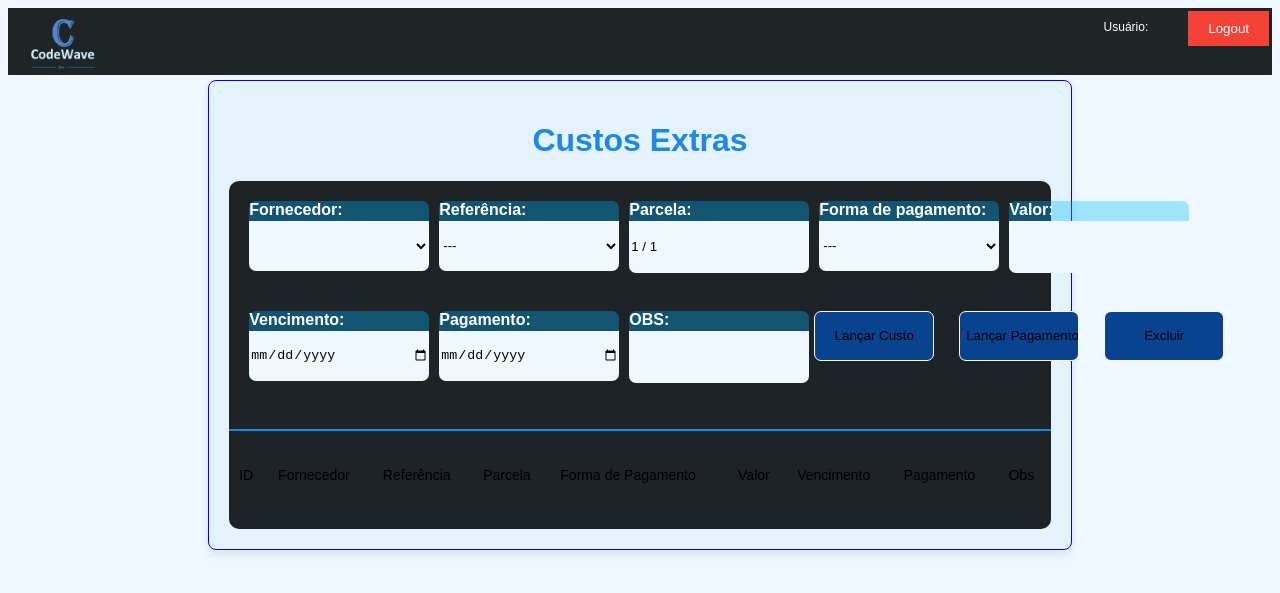
Repository: Romario-Brandao/CodeWave
Page: myproject/loja/templates/outras_despesas.html
An editor plug-in stored every save of this project. The page is shown before and after the next save, followed by the edit.
The browser window is 1280 px wide. The pictures show the whole page.
The template is drawn by Django 5.2. The application's start-up code is not run. Other server files are loaded and not shown. The template is opened directly, without the code that normally fills it, so the values that code supplies are empty.

Above is the page before, as saved 2025-03-01 01:33:39.

### myproject/loja/templates/outras_despesas.html
{% extends 'base.html' %} {% load static %} {% block body %}

<div class="form_fornecedor" style="width: 65%;">
  <h1>Custos Extras</h1>
  <div class="div_pai_custos_extras">
    <div style="display: flex;">
      <div class="caixas_barra_pesquisa_total">
        <h4 class="nome_caixa_item_parcelas">Fornecedor:</h4>
        <select name="fornecedor" class="caixa4">
          <option value=""></option>
          {% for item in fornecedores %}
          <option value="{{item.id}}">{{item.nome}}</option>
          {% endfor %}
        </select>
      </div>
      <div class="caixas_barra_pesquisa_total">
        <h4 class="nome_caixa_item_parcelas">Referência:</h4>
        <select name="forma_pg" class="caixa4" required>
          <option value="">---</option>
        <option value="AGUA">Água</option>
        <option value="CONTADOR">Contador</option>
        <option value="ENERGIA">Energia</option>
        <option value="INTERNET">Internet</option>
        <option value="SISTEMA ERP">Sistema ERP</option>
        <!-- <option value="ENERGIA"></option> -->
        </select>
      </div>
      <div class="caixas_barra_pesquisa_total">
        <h4 class="nome_caixa_item_parcelas">Parcela:</h4>
        <input type="text" name="parcela" class="caixa2_parcelas" value="1 / 1">
      </div>
      <div class="caixas_barra_pesquisa_total">
        <h4 class="nome_caixa_item_parcelas">Forma de pagamento:</h4>
        <select name="forma_pg" class="caixa4" required>
          <option value="">---</option>
          <option value="BOLETO">Boleto</option>
          <option value="C.CREDITO">C.Crédito</option>
          <option value="C.DEBITO">C.Débito</option>
          <option value="DINHEIRO">Dinheiro</option>
          <option value="PIX / TRANSFERENCIA">PIX / Transferência</option>
        </select>
      </div>
      <div class="caixas_barra_pesquisa_total">
        <h4 class="nome_caixa_item_parcelas">Valor:</h4>
        <input class="caixa2_parcelas" required name="valor" type="text" value="{{ valor_parcela }}" oninput="this.value=this.value.replace(/[^0-9,]/g, '').replace(/(,.*?)(,.*)/, '$1').replace(/(\d+),(\d{2})(\d.*)/, '$1,$2')">
      </div>
    </div>
    <div style="display: flex;">
      <div class="caixas_barra_pesquisa_total">
        <h4 class="nome_caixa_item_parcelas">Vencimento:</h4>
        <input class="caixa2_parcelas widht_data" required name="vencimento" type="date">
      </div>
      <div class="caixas_barra_pesquisa_total">
        <h4 class="nome_caixa_item_parcelas">Pagamento:</h4>
        <input class="caixa2_parcelas widht_data" name="pagamento" type="date"
        name="vencimento">
      </div>
      <div class="caixas_barra_pesquisa_total">
        <h4 class="nome_caixa_item_parcelas">OBS:</h4>
        <input class="caixa2_parcelas" type="text" name="obs"
        name="obs">
      </div>
      <div style="margin: 0 10px 0 20px;">
        <input class="butao_servico" type="submit" name="acao" value="Lançar Custo">
      </div>
      <div style="margin: 0 10px 0 20px;">
        <input class="butao_servico" type="submit" name="acao" value="Lançar Pagamento">
      </div>
      <div style="margin: 0 10px 0 20px;">
        <input class="butao_servico" type="submit" name="acao" value="Excluir">
      </div>
    </div>
    <hr>
    <br>
    <table>
      <tbody>
        <tr>
          <td>ID</td>
          <td>Fornecedor</td>
          <td>Referência</td>
          <td>Parcela</td>
          <td>Forma de Pagamento</td>
          <td>Valor</td>
          <td>Vencimento</td>
          <td>Pagamento</td>
          <td>Obs</td>
        </tr>
      </tbody>
    </table>
    <br><br>
  </div>
</div>


{% endblock %}

### myproject/loja/templates/base.html
{% load static %}
<!DOCTYPE html>
<html lang="pt-br">
  <head>
    <meta charset="UTF-8" />
    <meta name="viewport" content="width=device-width, initial-scale=1.0" />
    <title>"NOME DA EMPRESA"</title>
    <link rel="stylesheet" type="text/css" href="{% static 'css/main.css' %}" />
    <link rel="preconnect" href="https://fonts.googleapis.com" />
    <link rel="preconnect" href="https://fonts.gstatic.com" crossorigin />

    <link
      href="https://fonts.googleapis.com/css2?family=Inter:wght@400;700&display=swap"
      rel="stylesheet"
    />
  </head>
  <body>
    <div class="espaco_logo">
      <a class="imagem_logo" href="{% url 'menu' %}">
        <img src="{% static 'imagens/logo.jpeg' %}" alt="Logo" width="70px" />

        <!-- <img src="static/imagens/logo.jpeg" alt="Logo" width="70px" /> -->
      </a>
      <p class="nome_do_usuario">Usuário: {{ nome_usuario }}</p>
      <form method="POST" action="{% url 'logout' %}">
        {% csrf_token %}
        <button class="btn-logout" type="submit">Logout</button>
      </form>
    </div>

    {% block body %} {% endblock %}
  </body>
  <script>
    function applyPhoneMask(input) {
        // Remove tudo que não é número
        let value = input.value.replace(/\D/g, '');

        // Aplica a máscara (00) 0 0000-0000
        value = value.replace(/^(\d{2})(\d)/, '($1) $2');    // Coloca os parênteses e espaço
        value = value.replace(/(\d{1})(\d{4})(\d{4})$/, '$1 $2-$3'); // Coloca o espaço e traço

        // Atualiza o valor do campo
        input.value = value;
    }
  </script>
  <script>
    let isSubmitting = false;

    function preventMultipleSubmissions(form) {
      if (isSubmitting) {
        alert("O formulário já está sendo enviado. Aguarde...");
        return false;
      }
      isSubmitting = true;
      return true;
    }
  </script>
</html>

### myproject/static/css/main.css
.body_caixa {
  background-color: #09428e;
  background-color: rgba(1, 5, 8, 0.871);
  width: 1450px;
  height: 100%;
  margin: 50px 0 0 60px;
}

.caixa,
.sub_valor,
.forma_pg_valor {
  background-color: rgb(255, 255, 255);
}

.nome_caixa_item,
.nome_caixa_pg,
.titulos_lista_produtos,
.sub,
.forma_pg {
  color: rgb(255, 255, 255);
  background-color: rgba(0, 183, 255, 0.336);
}

/*  */
.cabecalho {
  background-color: blue;
  color: white;
  /* Adicione esta linha se quiser que o texto dentro do cabeçalho fique branco */
  padding: 2px;
  /* Adicione algum preenchimento para melhorar a aparência */
  display: flex;
}

.ferramentas {
  height: 83px;
  width: 200px;
  margin: 0 0 0 400px;
}

/*  */

.barra_pesquisa {
  display: flex;
  padding: 0 0 0 -10px;
}

/*  */
/*  */

.item_ferramenta {
  margin: 10px 0 0 0;
  background-color: blue;
  border-radius: 3px;
  text-align: center;
  height: 50px;
  width: 100px;
  border-radius: 7px;
  border: 1px solid black;
  color: aliceblue;
}

/*  */

.caixa_item {
  margin: 0 0 0 20px;
}

.caixa_item_compra {
  margin: 0 0 0 40px;
}

.caixa_item1 {
  margin: 0 0 0 0;
}

.sub_pg {
  display: flex;
}

.nome_caixa_item {
  border-radius: 7px 7px 0 0;
  height: 20px;
  width: 250px;
  margin: 0;
}

.caixa1 {
  border: 0;
  width: 250px;
  height: 50px;
  border-radius: 0 0 7px 7px;
  background-color: aliceblue;
  margin-top: 0;
}



.caixa_data {
  border: 0;
  width: 249px;
  height: 50px;
  border-radius: 0 0 7px 7px;
  background-color: aliceblue;
  margin-top: 0;
}

.caixa2 {
  border: 0;
  width: 246px;
  height: 50px;
  border-radius: 0 0 7px 7px;
  background-color: aliceblue;
  margin-top: 0;
}

.tamanho_cod_produto {
  width: 126px;
  height: 49px;
  margin: 0 20px 0 0;
}

.tamanho_cod_produto2 {
  width: 130px;
  margin: 0 20px 0 0;
}

.tamanho_cod_produto3 {
  margin: 0 -70px 0 80px;
}

.caixas_barra_pesquisa {
  width: 200px;
  height: 100px;
  margin: 0 0 10px 75px;
  border: 0;
}

.caixas_barra_pesquisa2 {
  width: 200px;
  height: 100px;
  margin: 0 0 10px 40px;
  border: 0;
}

.caixas_barra_pesquisa_excuir {
  width: 215px;
  height: 100px;
  margin: 0 60px 0 10px;
  border: 0;
}

.espacamento_caixa_excluir_compra {
  margin-left: 430px;
}

.caixa_botoes {
  margin: 0 0 0 70px;
}

.botao_caixa {
  width: 70px;
  height: 50px;
  border: 1px solid blue;
  margin: 0 0 0 10px;
  background-color: rgb(25, 0, 255);
  border-radius: 7px;
  color: #ffffff;
}

/*  */

.tela_principal {
  display: flex;
}

/*  */

.caixa_item_2 {
  margin: 0 10px 20px 0;
}

.caixa_item_3 {
  margin: 0 0 20px 70px;
}

.excluir_item {
  margin: 20px 0 0 7px;
}

.excluir_item {
  margin: 20px 0 0 70px;
}

.titulos_lista_produtos {
  background-color: rgba(0, 17, 255, 0.596);
  /* text-align: justify; */
  text-align: center;
  height: 20px;
  width: 100%;
  margin: 0;
  border-radius: 5px 5px 0 0;
}

.resumo_caixa {
  border-radius: 7px;
  margin: 0 0 0 5px;
  width: 990px;
  height: 343px;
  background-color: rgb(255, 255, 255);
  overflow-y: auto;
}

.resumo_caixa2 {
  margin: 0 0 0 -780px;
}

.resumo_caixa3 {
  border-radius: 7px;
  margin: 0 0 0 5px;
  width: 830px;
  height: 343px;
  background-color: rgb(255, 255, 255);
  overflow-y: auto;
}

.div_excluir_servico {
  display: flex;
  margin: 0 0 0 600px;
}

.sub {
  width: 290px;
  margin: 21px 10px 0 620px;
  border-radius: 7px 7px 0 0;
}

.sub_valor {
  width: 290px;
  height: 49px;
  margin: 0 10px 0 620px;
  border-radius: 0 0 7px 7px;
}

.forma_pg {
  width: 290px;
  margin: 21px 10px 0 10px;
  border-radius: 7px 7px 0 0;
}

.forma_pg_valor {
  width: 290px;
  height: 49px;
  margin: 0 80px 0 10px;
  border-radius: 0 0 7px 7px;
}

.butao_excluir_servico {
  width: 120px;
  height: 50px;
  border-radius: 7px;
  background-color: #8e091b;
  border: 1px solid white;
}

.butao_excluir_servico:hover {
  background-color: #be0b0bd2;
  border: none;
  color: white;
  cursor: pointer;
}

.finalizar_compra {
  margin: 0 0 0 10px;
}

.butao_excluir_servico1 {
  margin: 0 0 0 20px;
}

.butao_servico {
  width: 120px;
  height: 50px;
  border-radius: 7px;
  background-color: #09428e;
  border: 1px solid white;
}

.butao_servico:hover {
  background-color: #0b59be;
  border: none;
  color: white;
  cursor: pointer;
}

.botao_cadastrar_produtos,
.botao_laterar_produtos {
  display: flex;
}

.botao_adicionar {
  margin: 20px 0 0 20px;
  height: 35px;
}

.titulo_cadastro {
  display: flex;
}

tbody th {
  font-weight: normal;
  /* Remove o negrito */
  font-family: Arial, sans-serif;
  /* Altere para a fonte desejada */
  font-size: 14px;
}

.cabec_rel_prod {
  /* font-weight: normal; */
  /* Remove o negrito */
  font-family: Arial, sans-serif;
  /* Altere para a fonte desejada */
  font-size: 13px;
}

.font_rel_est {
  font-weight: normal;
  /* Caso existam células <td>, remova o negrito também */
  font-family: Arial, sans-serif;
  /* Altere para a fonte desejada */
  font-size: 11px;
}

tbody td {
  font-weight: normal;
  /* Caso existam células <td>, remova o negrito também */
  font-family: Arial, sans-serif;
  /* Altere para a fonte desejada */
  font-size: 14px;
}

table {
  width: 100%;
  border-collapse: collapse;
}

th,
td {
  /* border: 1px solid black;
  padding: 8px; */
  text-align: left;
}

tr:nth-child(even) {
  background-color: #add8e6;
  /* Cor azul claro */
}

.bloco_filtro {
  margin: 0 50px 20px 10px;
  border-left: 1px solid rgb(248, 3, 3);
}

.itens_bloco_filtro {
  margin: 0 0 0 10px;
}

.bloco_cad_prod,
.bloco_alt_prod {
  border: 1px solid blue;
  height: 400px;
  width: 500px;
  padding: 20px;
  margin: 0 20px 0 0;
  border-radius: 7px;
}

.tabela {
  margin-bottom: 0;
}

body {
  font-family: Arial, sans-serif;
  background-color: #f0f8ff;
}

.form_fornecedor {
  width: 50%;
  margin: auto;
  border: 1px solid blue;
  background-color: #e3f2fd;
  border-radius: 8px;
  padding: 20px;
  box-shadow: 0px 4px 8px rgba(0, 0, 0, 0.1);
}

h1 {
  text-align: center;
  color: #1e88e5;
}

hr {
  border: 1px solid #1e88e5;
}

.table_fornecedor {
  width: 100%;
  margin-bottom: 20px;
  border-spacing: 10px;
  /* Espaço entre células */
}

td {
  padding: 10px;
}

.label_for {
  font-weight: bold;
  color: #1565c0;
}

.input_cad_cli_for {
  width: 500px;
  padding: 10px;
  border: 1px solid #64b5f6;
  border-radius: 4px;
  background-color: #ffffff;
  font-size: 14px;
}

.input_cad_cli_for_select {
  width: 523px;
}

textarea.input_cad_cli_for {
  resize: none;
}

.input_cad_cli_for:focus {
  border-color: #1e88e5;
  outline: none;
}

.btn_submit_for {
  background-color: #1e88e5;
  color: white;
  padding: 10px 20px;
  border: none;
  border-radius: 4px;
  cursor: pointer;
  display: block;
  margin: 20px auto;
}

.btn_submit_for:hover {
  background-color: #1565c0;
}

.quant_vend_ult_d {
  border: 0;
  font-weight: bold;
  font-size: 12px;
  background-color: None;
}

.finalizar_excluir_item_compra {
  margin: -30px 0 0 585px;
}

.espaco_logo {
  display: flex;
  background-color: rgba(1, 5, 8, 0.871);
  width: 100%;
  margin: 0 0 5px 0;
}

.imagem_logo {
  margin: 0 0 0 20px;
}

.nome_do_usuario {
  /* align-items: end; */
  color: #ffffff;
  margin-left: auto;
  padding: 0 40px 0 0;
  font-size: 12px;
}

.menu {
  border: 1px solid black;
  border-radius: 7px;
  align-items: baseline;
  height: 560px;
  width: 400px;
  margin: 60px 0 0 200px;
  padding: 20px 10px 0 20px;
  background-color: rgba(1, 5, 8, 0.871);

}

.menu2 {
  max-height: 480px;
  /* Define a altura máxima para a div menu2 */
  overflow-y: auto;
  /* Ativa a barra de rolagem vertical apenas para menu2 */
  scrollbar-width: none;
  /* Remove a barra visível no Firefox */
  -ms-overflow-style: none;
  /* Remove a barra no IE e Edge */
}

.menu2::-webkit-scrollbar {
  display: none;
  /* Remove a barra de rolagem nos navegadores WebKit */
}

.link_menu {
  text-decoration: none;
  color: #ffffff;
  display: inline-block;
  /* Permite que o background preencha o espaço */
  transition: background-color 0.2s;
  /* Suaviza a transição de cor */
  width: 100%;
  height: 30px;
  /* padding: 1px 0 0 2px; */
}

.link_menu:hover,
a:active,
a:focus {
  text-decoration: none;
  /* Mantém o sublinhado removido mesmo ao passar o mouse ou focar */
  color: inherit;
  /* Mantém a cor ao passar o mouse ou focar */
}

.link_menu:hover {
  background-color: #ffffff;
  /* Define a cor de fundo ao passar o mouse */
  border-radius: 5px;
}

.resumo_contas_pag_rec {
  border-right: 1px solid red;
  margin: 0 10px 0 0;
  padding: 0 10px 0 0;
}

.btn-logout {
  background-color: #f44336;
  color: white;
  border: none;
  padding: 10px 20px;
  cursor: pointer;
  margin: 3px 3px 0 0;
}

.btn-logout:hover {
  background-color: #d32f2f;
}

.body {
  text-align: center;
  /* background: linear-gradient(to bottom, rgb(0, 217, 255) 50%, rgb(17, 0, 255) 100%); */
  background: linear-gradient(to bottom, #011b4d 40%, #f70202 190%);
  /* background: linear-gradient(to bottom, #001845 50%, #000 100%); */
  overflow: hidden;
  height: 100vh;
  margin: 0;
  position: relative;
}

.login {
  border: solid 3px rgb(248, 61, 4);
  margin: 60px 0 200px 200px;
  padding: 50px;
  border-radius: 20px;
  width: 300px;
  text-align: left;
  color: white;
}

.login h1 {
  color: rgb(3, 248, 3);
  /* Define a cor verde clara para o título "Login" */
}

.login,
.input_login,
.hr_login {
  margin-bottom: 20px;
  /* Adiciona espaçamento abaixo do <hr> */
}

.titulo {
  text-align: center;
}

.label_login {
  display: block;
  /* Garante que o rótulo ocupe uma linha inteira */
  margin-top: 10px;
  /* Adiciona espaço acima dos rótulos */
}

.caixa_login {
  width: calc(100% - 22px);
  /* Adapta a largura ao container com 10px de padding e 1px de borda de cada lado */
  padding: 10px;
  border: 1px solid #ccc;
  /* Cor e espessura da borda */
  border-radius: 5px;
  /* Cantos arredondados */
  box-sizing: border-box;
  /* Inclui padding e borda na largura total */
}

.botao_login {
  background-color: rgb(0, 0, 255);
  /* Cor de fundo do botão */
  border: none;
  /* Remove a borda padrão */
  color: black;
  /* Cor do texto */
  padding: 10px 20px;
  /* Espaçamento interno */
  text-align: center;
  /* Centraliza o texto */
  text-decoration: none;
  /* Remove sublinhado */
  display: inline-block;
  /* Permite a definição de padding e margin */
  font-size: 16px;
  /* Tamanho da fonte */
  margin-top: 10px;
  /* Espaçamento superior */
  border-radius: 5px;
  /* Cantos arredondados */
  cursor: pointer;
  /* Cursor de mãozinha ao passar o mouse */
  transition: background-color 0.3s ease;
  /* Transição suave para mudança de cor */
}

.botao_login:hover {
  background-color: DarkBlue;
  /* Cor de fundo ao passar o mouse */
  color: #ccc;
}

.input_login {
  margin: 20px 0 20px 0;
  border: 1px solid #001845;
  border-radius: 7px;
  height: 30px;
  width: 100%;
}

.caixa_div_produto {
  margin: 30px 0 20px 0;
  display: flex;
}

.produto_cadastro {
  margin: 0 0 0 60px;
}

.label_uni_med {
  margin: 0 0 0 47px;
}

.tr_cad_produtos {
  width: 25%;
}

.bloco_filtro_dashboard {
  margin: 10px 0 0 15px;
}

.filtro_dashboard_anos {
  display: flex;
}

.caixas_barra_pesquisa3 {
  width: 300px;
}

.caixa3,
.nome_caixa_item3 {
  width: 355px;
}

.butao_servico {
  margin: 0 0 0 -5px;
}

.caixas_barra_pesquisa_total {
  width: 120px;
  height: 100px;
  margin: 0 50px 10px 20px;
  border: 0;
  gap: 30px;
}

.nome_caixa_item_parcelas {
  color: rgb(255, 255, 255);
  background-color: rgba(0, 183, 255, 0.336);
  border-radius: 7px 7px 0 0;
  height: 20px;
  width: 180px;
  margin: 0;
}

.caixa2_parcelas {
  border: 0;
  width: 146.5%;
  height: 50px;
  border-radius: 0 0 7px 7px;
  background-color: aliceblue;
  margin-top: 0;
}

.button_fechamento {
  height: 70%;
  width: 120%;
  background-color: rgba(0, 128, 0, 0.281);
  border-radius: 7px;
  border: 1px solid white;
}

.button_fechamento:hover {
  background-color: rgba(0, 128, 0, 0.788);
  border: none;
  color: white;
  cursor: pointer;
}

.caixa4 {
  border: 0;
  width: 180px;
  height: 50px;
  border-radius: 0 0 7px 7px;
  background-color: aliceblue;
  margin-top: 0;
}

.td_contas {
  padding: 0;
  margin: 0;
  text-align: right;
}


.nome_caixa_item2 {
  width: 120px;
}

.input_caixa_item2 {
  width: 116px;
}

.table-container {
  max-height: 300px;
  /* Altura máxima da tabela */
  overflow-y: auto;
  /* Habilita rolagem vertical */
}

.table-fixa th {
  position: sticky;
  /* Torna os cabeçalhos fixos */
  top: 0;
  /* Fixa no topo durante a rolagem */
  background-color: #f9f9f9;
  /* Cor de fundo do cabeçalho */
  z-index: 2;
  /* Garante que o cabeçalho fique acima das células */
}

.widht_data {
  width: 179px;
}

.hr_parcela {
  width: 50%;
  margin-left: 20px;
  height: 0.10px;
  background-color: yellow;
  border: none;
}


.menu_relatorio {
  display: none;
  position: absolute;
  /* Permite que o menu seja posicionado sobre outros elementos */
  background-color: rgba(1, 5, 8, 0.871);
  width: 300%;
  padding: 10px;
  z-index: 10;
  /* Garante que o menu esteja acima de outros elementos */
}

.barra_menu_relatorio {
  position: relative;
  /* Necessário para que o menu seja posicionado relativo a este elemento */
  width: 100%;
}

.barra_menu_relatorio:hover .menu_relatorio {
  display: block;
  left: 100px;
  /* margin: 0 0 0 50%; */
}



.form_fornecedor_relatorio {
  width: 95%;
}

.checkbox-container {
  width: 100px;
  display: grid;
  grid-template-columns: repeat(3, 1fr);
  /* Três colunas */
  gap: 10px;
  /* Espaçamento entre os itens */
  align-items: center;
  /* Alinha verticalmente os elementos */
}


.checkbox_folha {
  display: flex;
  justify-content: space-between;
}

.input_folha {
  width: 80px;
  border-radius: 3px;
}

#listaProdutos,
#listaServicos {
  position: absolute;
  display: none;
  width: 400px;
  height: 220px;
  overflow-y: auto;
  border: 2px solid #00000065;
  border-radius: 10px;
  padding: 5px;
  margin-top: 5px;
  background-color: white;
  color: #333;
  outline: none;
  z-index: 10;
}

#listaProdutos option:hover,
#listaServicos option:hover {
  background-color: #5490cf8c;
  color: rgb(48, 45, 45);
}

.div_pai_custos_extras {
  padding-top: 20px;
  background-color: rgba(1, 5, 8, 0.871);
  border-radius: 10px;

}

After the next save:
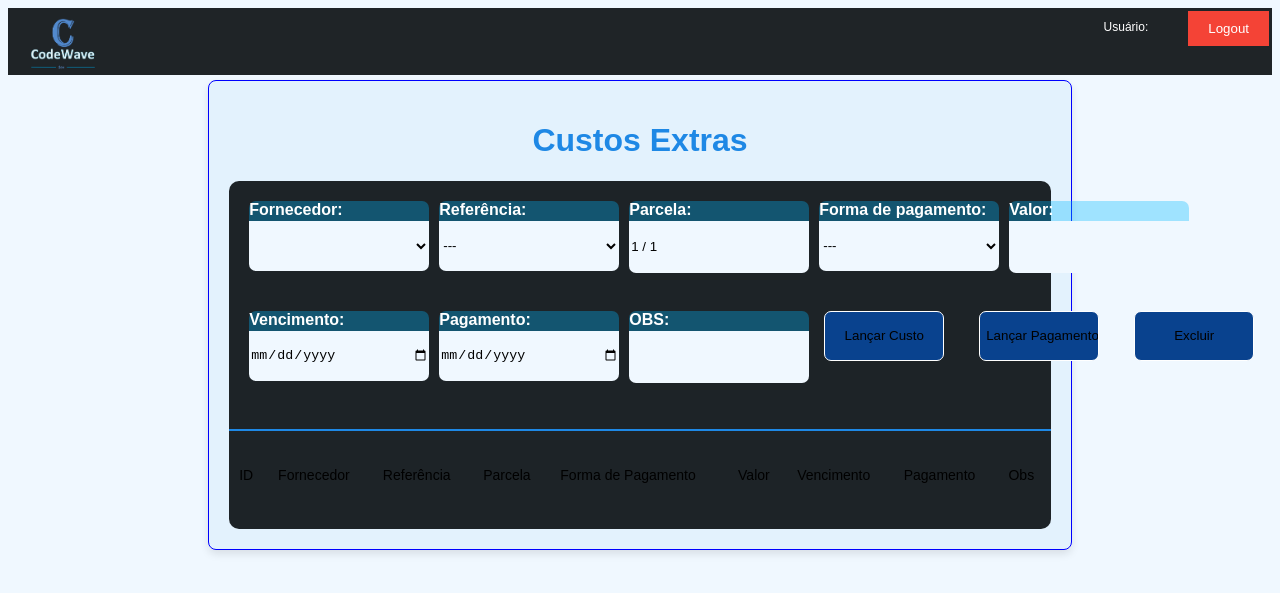
Saved 7 s later.
--- a/myproject/loja/templates/outras_despesas.html
+++ b/myproject/loja/templates/outras_despesas.html
@@ -60,13 +60,13 @@
         <input class="caixa2_parcelas" type="text" name="obs"
         name="obs">
       </div>
-      <div style="margin: 0 10px 0 20px;">
+      <div style="margin: 0 10px 0 30px;">
         <input class="butao_servico" type="submit" name="acao" value="Lançar Custo">
       </div>
-      <div style="margin: 0 10px 0 20px;">
+      <div style="margin: 0 10px 0 30px;">
         <input class="butao_servico" type="submit" name="acao" value="Lançar Pagamento">
       </div>
-      <div style="margin: 0 10px 0 20px;">
+      <div style="margin: 0 10px 0 30px;">
         <input class="butao_servico" type="submit" name="acao" value="Excluir">
       </div>
     </div>
